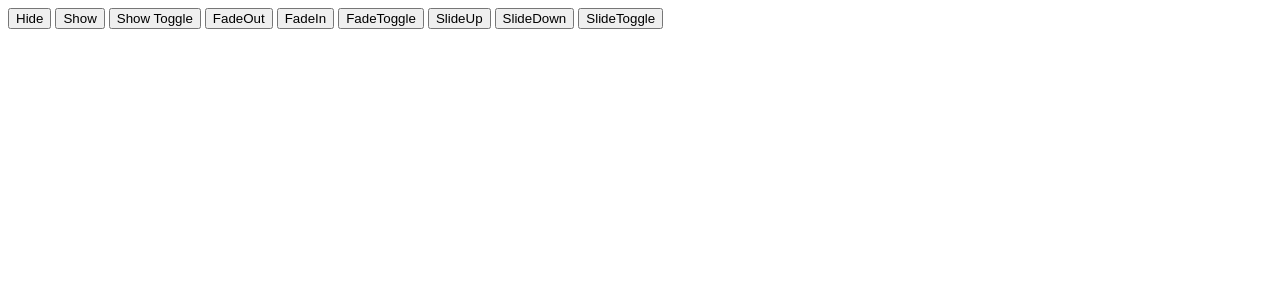
Repository: magdaf41/jQuery
Page: zadanie 3/index.html
The author's editor kept a copy of each file at every save. The page is drawn from the files as they stood at one save, then again after the next save.
The browser window is 1280 px wide. The pictures show the whole page.
After loading, the first visible `#show-toggle` was clicked once.

Above is the page before, as saved 2020-09-09 20:40:32.

### zadanie 3/index.html
<!DOCTYPE html>
<html>

<head>
    <meta charset=utf-8 />
    <title>Return first and last name from a form - w3resource</title>
</head>

<body>
    <h1>Animowany nagłówek</h1>

    <button id="hide">Hide</button>
    <button id="show">Show</button>
    <button id="show-toggle">Show Toggle</button>
    <button id="fade-out">FadeOut</button>
    <button id="fade-in">FadeIn</button>
    <button id="fade-toggle">FadeToggle</button>
    <button id="slide-up">SlideUp</button>
    <button id="slide-down">SlideDown</button>
    <button id="slide-toggle">SlideToggle</button>

    <script src="js/jquery-3.5.1.min.js"></script>
    <script src="js/main.js"></script>

</body>

</html>

### zadanie 3/js/main.js
$(document).ready(function () {
    const heading = $('h1');

    $('#hide').click(function() {
        heading.hide(2000);
    });

    $('#show').click(function() {
        heading.show(1000);
    });

    $('#show-toggle').click(function() {
        heading.toggle();
    });
});

Loaded but not shown: zadanie 3/js/jquery-3.5.1.min.js (library)

After the next save:
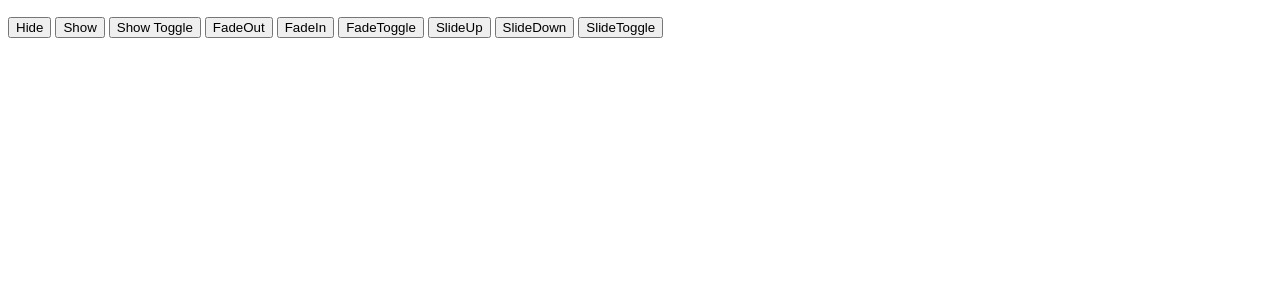
Saved 22 s later.
--- a/zadanie 3/js/main.js
+++ b/zadanie 3/js/main.js
@@ -10,6 +10,6 @@ $(document).ready(function () {
     });
 
     $('#show-toggle').click(function() {
-        heading.toggle();
+        heading.toggle(2000);
     });
 });
